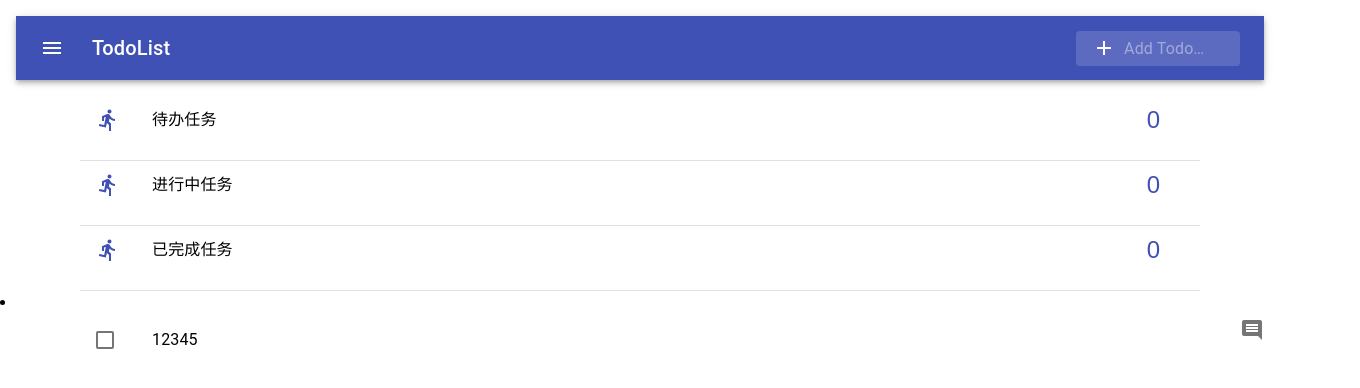
Repository: harperl71/TodoList
Page: /
The author's editor kept a copy of each file at every save. The page is drawn from the files as they stood at one save, then again after the next save.
The browser window is 1280 px wide. The page is 1360 px wide, then 1280 px, so the pictures cover 1360 px, including what lies to the right of the window. The pictures show the whole page.
The project was rebuilt for these pictures with package versions that can differ from the ones it lists, and the page was loaded fresh each time.

Above is the page before, as saved 2021-05-21 09:54:42.

After the next save:
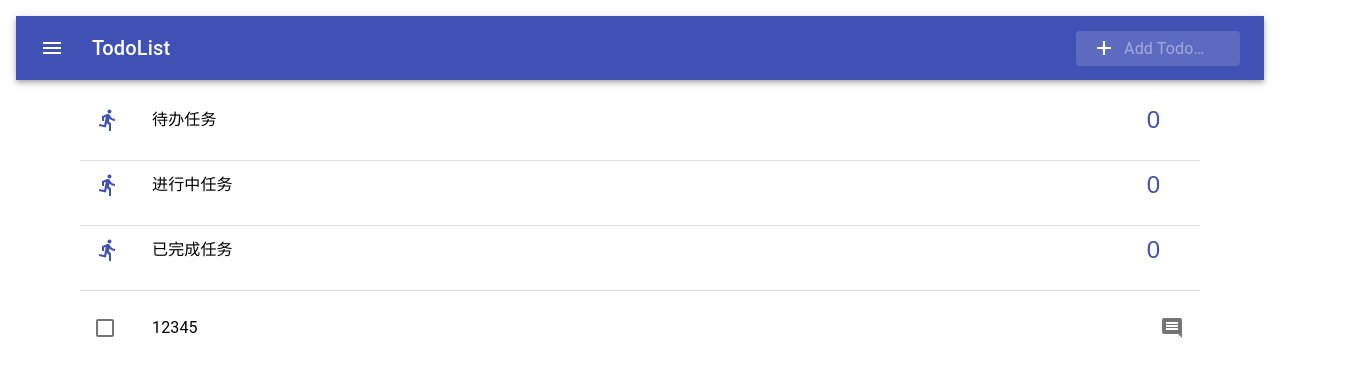
Saved 46 s later.
--- a/src/components/content/task-item/index.tsx
+++ b/src/components/content/task-item/index.tsx
@@ -8,6 +8,7 @@ import {
   ListItemText,
   Checkbox,
   IconButton,
+  List,
 } from "@material-ui/core";
 import CommentIcon from "@material-ui/icons/Comment";
 
@@ -25,22 +26,24 @@ const TaskItem = () => {
   const context = useContext(MyContext);
 
   return (
-    <ListItem className={classes.itemRoot}>
-      <ListItemIcon>
-        <Checkbox
-          edge="start"
-          //checked={}
-          tabIndex={-1}
-          disableRipple
-        />
-      </ListItemIcon>
-      <ListItemText primary={12345} />
-      <ListItemSecondaryAction>
-        <IconButton edge="end" aria-label="comments">
-          <CommentIcon />
-        </IconButton>
-      </ListItemSecondaryAction>
-    </ListItem>
+    <List className={classes.itemRoot}>
+      <ListItem>
+        <ListItemIcon>
+          <Checkbox
+            edge="start"
+            //checked={}
+            tabIndex={-1}
+            disableRipple
+          />
+        </ListItemIcon>
+        <ListItemText primary={12345} />
+        <ListItemSecondaryAction>
+          <IconButton edge="end" aria-label="comments">
+            <CommentIcon />
+          </IconButton>
+        </ListItemSecondaryAction>
+      </ListItem>
+    </List>
   );
 };
 
